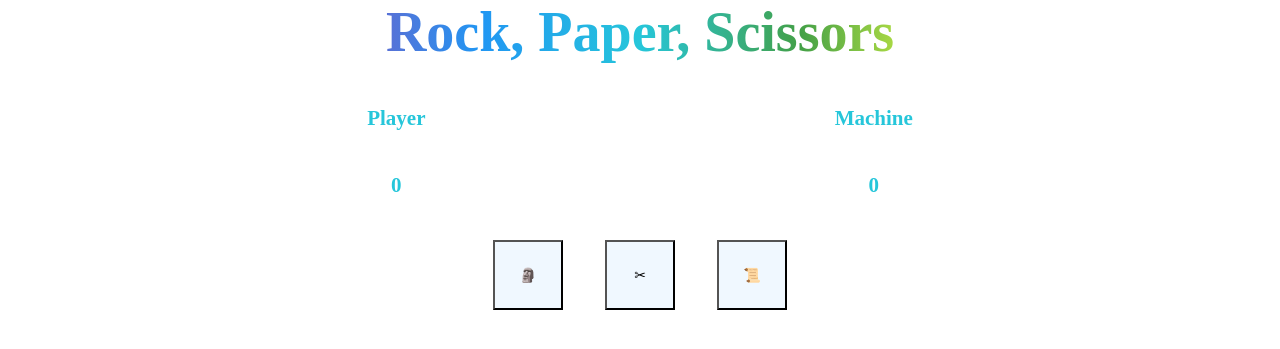
Repository: dung8466/RPS
Page: index.html
An editor plug-in stored every save of this project. The page is shown before and after the next save, followed by the edit.
The browser window is 1280 px wide. The pictures show the whole page.

Above is the page before, as saved 2022-07-01 20:18:16.

### index.html
<!DOCTYPE html>
<html lang="en">
<head>
    <meta charset="UTF-8">
    <meta http-equiv="X-UA-Compatible" content="IE=edge">
    <meta name="viewport" content="width=device-width, initial-scale=1.0">
    <title>Fun Game</title>
    <link rel="stylesheet" href="style.css">
    <script src="script.js" defer></script>
</head>
<body>
    <h1 class="header">
        Rock, Paper, Scissors
    </h1>
    <div class="score flex-box">
        <div class="player-score flex-box">
            <h2>Player</h2>
            <p id="player-score">0</p>
        </div>
        <div class="machine-score flex-box">
            <h2>Machine</h2>
            <p id="machine-score">0</p>
        </div>
    </div>
    <div class="board flex-box">
            <button class="rock btnChoice" data-selection>🗿</button>
            <button class="scissor btnChoice" data-selection>✂</button>
            <button class="paper btnChoice" data-selection>📜</button>
    </div>
</body>
</html>

### style.css
*{
    font-family: 'Times New Roman', Times, serif;
    font-size: 14px;
    margin: 0;
    padding: 0;
    background-color: ;
}

.flex-box{
    display: flex;
    align-items: center;
    justify-content: space-evenly;
    align-content: space-between;
    gap: 3em;
}
.header{
    font-size: 4em;
    font-weight: bold;
    background: linear-gradient(to right, #ef5350, #f48fb1, #7e57c2, #2196f3, #26c6da, #43a047, #eeff41, #f9a825, #ff5722);
    -webkit-background-clip: text;
    -webkit-text-fill-color: transparent;
    text-align: center;
}
.board{
    align-items: center;
    justify-content: center;
}
.board button {
    height: 5em;
    width: 5em;
    background-color: aliceblue;
    margin-top: 3em;
}

.score {
    margin-top: 3em;
}
.player-score, .machine-score{
    flex-direction: column;
    align-items: center;
}
.score p, .score h2{
    font-size: 1.5em;
    font-weight: bold;
    color: #26c6da;
}

### script.js
const selection = [
    {
        name: 'rock',
        emoji: '🗿',
        beats: 'scissors',
    },
    {
        name: 'paper',
        emoji: '📜',
        beats: 'rock',
    },
    {
        name: 'scissors',
        emoji: '✂',
        beats: 'paper',
    }
]
let playerSelection;
let computerSelection;
let playerScore = 0;
let computerScore = 0;
const images = ["src/rock.jpg", "src/paper.jpg", "src/scissors.jpg"];

After the next save:
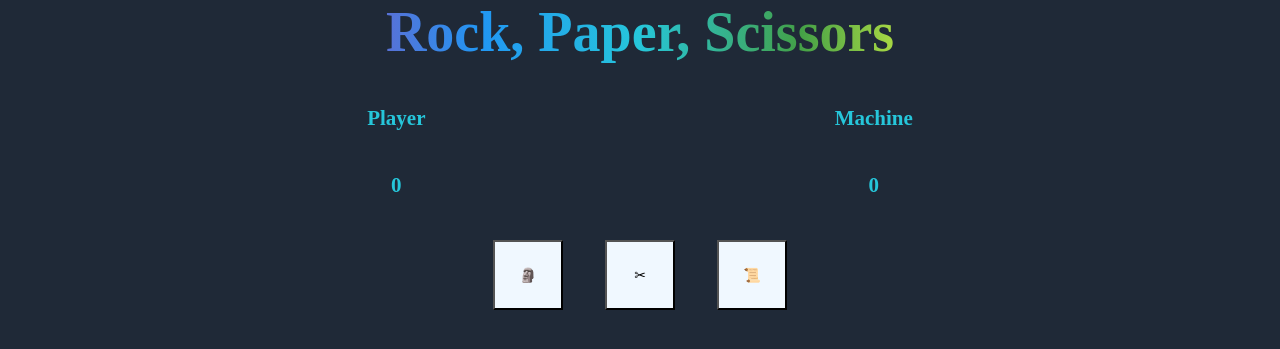
Saved 19 s later.
--- a/style.css
+++ b/style.css
@@ -3,7 +3,7 @@
     font-size: 14px;
     margin: 0;
     padding: 0;
-    background-color: ;
+    background-color: #1f2937;
 }
 
 .flex-box{
